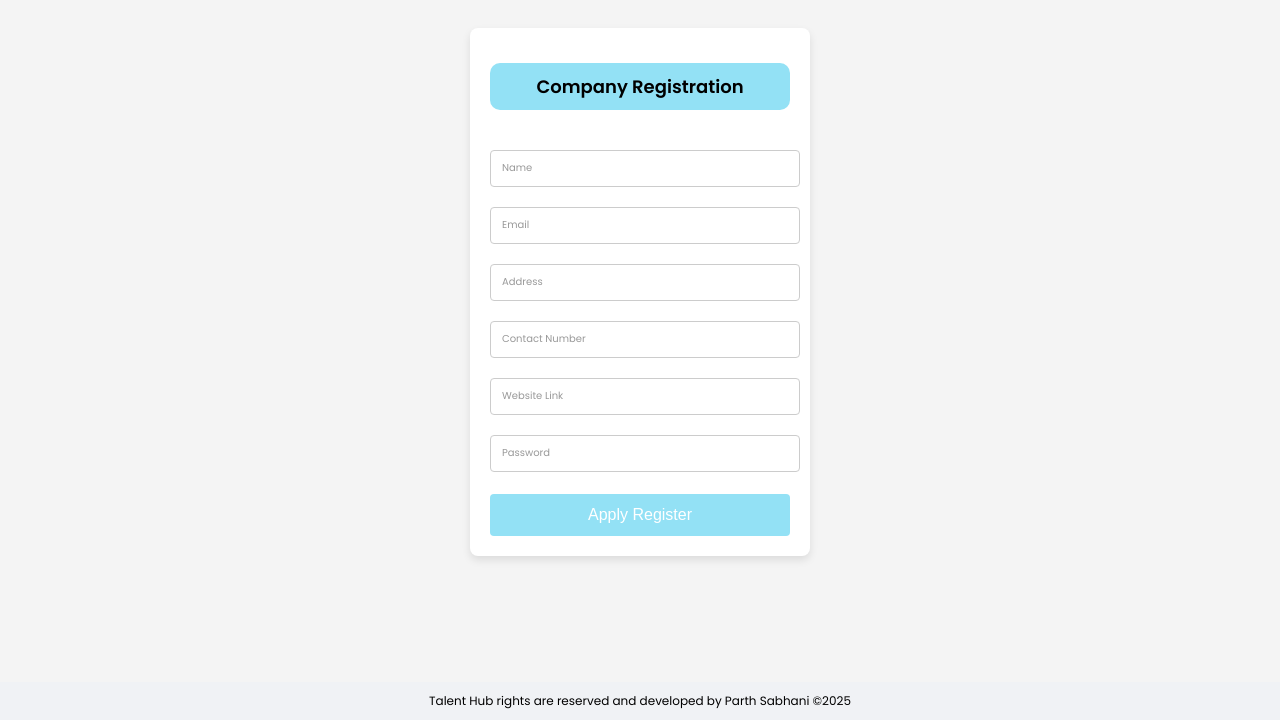
Repository: parthsabhani/Job_Portal_JSP_Servlet
Page: http://localhost/Job_Portal/companyRegistration.jsp
An editor plug-in stored every save of this project. The page is shown before and after a run of saves, followed by the edit.
The browser window is 1280 px wide. The pictures show the whole page.
The page is served by Tomcat 10.

Above is the page before, as saved 2025-04-23 04:04:53.

After the next 3 saves:
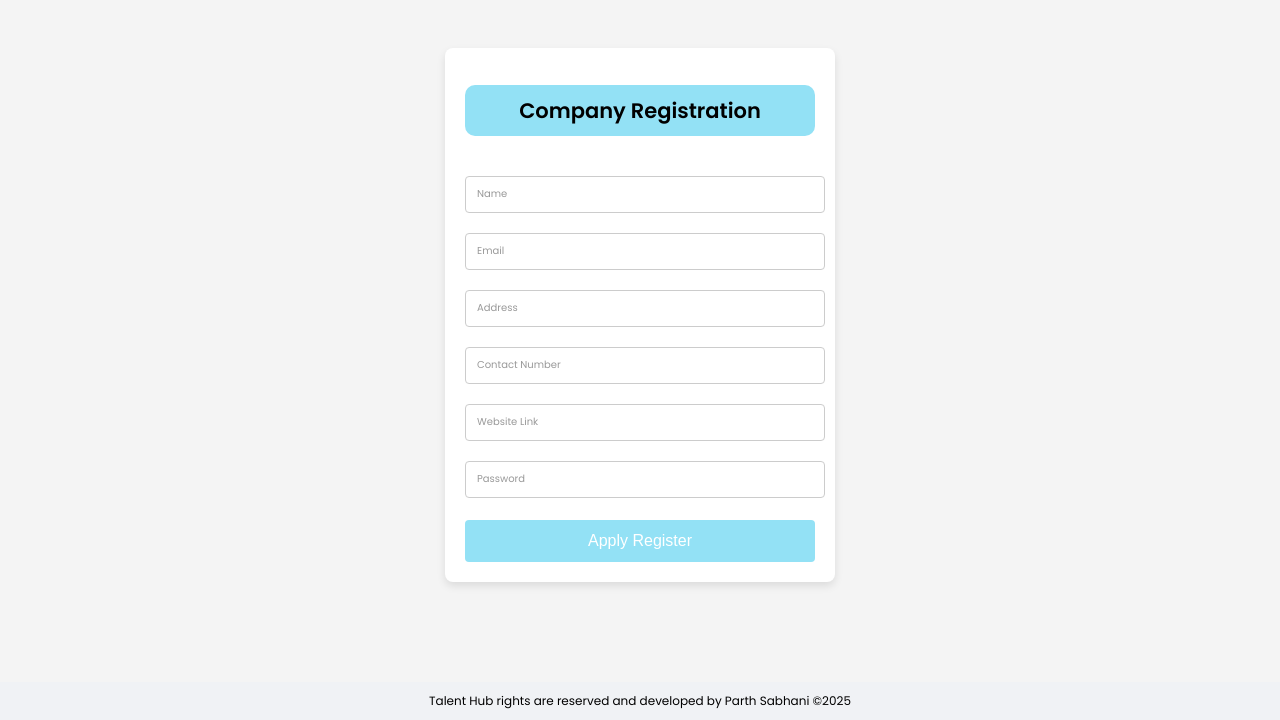
The 3 saves are shown as one change because they came seconds apart.
The last was saved 30 s later.
--- a/Job_Portal/src/main/webapp/companyRegistration.jsp
+++ b/Job_Portal/src/main/webapp/companyRegistration.jsp
@@ -26,12 +26,12 @@ body {
 .registration-container {
 	background-color: white;
 	padding: 20px;
-	margin: 20px;
+	margin: 40px;
 	border-radius: 8px;
 	box-shadow: 0 4px 8px rgba(0, 0, 0, 0.1);
 	width: 100%;
-	font-size: 12px;
-	max-width: 300px;
+	font-size: 14px;
+	max-width: 350px;
 }
 
 h2 {
